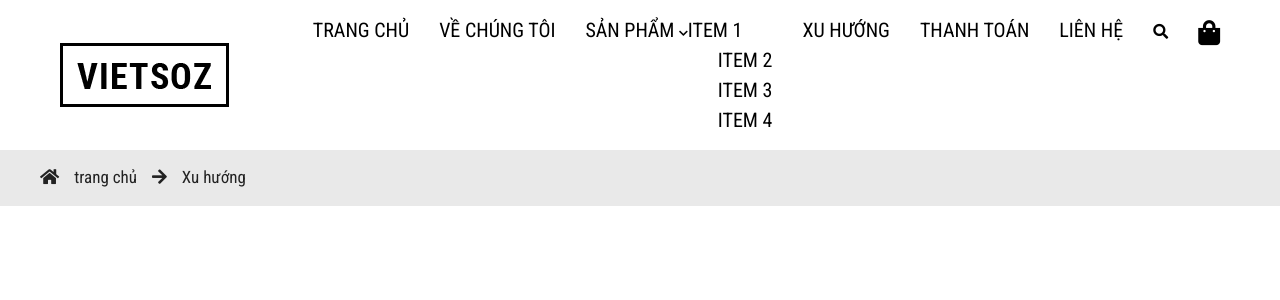
Repository: vinhtk0209/Vietsoz-reponsive
Page: index.html
The author's editor kept a copy of each file at every save. The page is drawn from the files as they stood at one save, then again after the next save.
The browser window is 1280 px wide. The pictures show the whole page.

Above is the page before, as saved 2021-10-23 17:07:06.

### index.html
<!DOCTYPE html>
<html lang="en">
  <head>
    <meta charset="UTF-8" />
    <meta http-equiv="X-UA-Compatible" content="IE=edge" />
    <meta name="viewport" content="width=device-width, initial-scale=1.0" />
    <link rel="stylesheet" href="assets/css/reset.css" />
    <link rel="stylesheet" href="assets/css/global.css" />
    <link rel="stylesheet" href="assets/css/main.css" />
    <link rel="stylesheet" href="assets/fontawesome/css/all.css" />
    <link rel="stylesheet" href="assets/css/reponsive.css">
    <link rel="preconnect" href="https://fonts.googleapis.com" />
    <link rel="preconnect" href="https://fonts.gstatic.com" crossorigin />
    <link
      href="https://fonts.googleapis.com/css2?family=Roboto:ital,wght@0,100;0,300;0,400;0,500;0,700;0,900;1,100;1,300;1,400;1,500;1,700;1,900&display=swap"
      rel="stylesheet"
    />
    <link rel="preconnect" href="https://fonts.googleapis.com" />
    <link rel="preconnect" href="https://fonts.gstatic.com" crossorigin />
    <link
      href="https://fonts.googleapis.com/css2?family=Roboto+Condensed:ital,wght@0,300;0,400;0,700;1,300;1,400;1,700&display=swap"
      rel="stylesheet"
    />
    <div id="fb-root"></div>
    <script
      async
      defer
      crossorigin="anonymous"
      src="https://connect.facebook.net/vi_VN/sdk.js#xfbml=1&version=v11.0"
      nonce="ecJjSUD8"
    ></script>
    <title>VIESOZ</title>
  </head>

  <body>
    <!-- wrapper starts -->
    <div class="wrapper">
      <!-- header starts -->
      <header class="header">
        <div class="container">
          <div
            class="wp-header-top d-flex align-i-center justify-content-between"
          >
            <div class="header-banner">
              <img src="assets/images/logo.png" alt="" />
            </div>
            <nav class="header-main-menu">
              <ul class="d-flex main-menu">
                <li><a href="">trang chủ</a></li>
                <li><a href="">về chúng tôi</a></li>
                <li class="product-have-menu">
                  <a href=""
                    >sản phẩm
                    <span class="arrow-down"
                      ><i class="fas fa-chevron-down"></i></span
                  ></a>

                </li>
                <ul class="sub-meu">
                  <li><a href="">Item 1</a></li>
                  <li><a href="">Item 2</a></li>
                  <li><a href="">Item 3</a></li>
                  <li><a href="">Item 4</a></li>
                </ul>
                <li><a href="">xu hướng</a></li>
                <li><a href="">thanh toán</a></li>
                <li><a href="">liên hệ</a></li>
                <li>
                  <a href=""
                    ><span class="search"><i class="fas fa-search"></i></span
                  ></a>
                </li>
                <li>
                  <a href="" class="shopping-cart"
                    ><span class="icon-cart"
                      ><i class="fas fa-shopping-bag"></i></span
                  ></a>
                </li>
              </ul>
            </nav>
          </div>
        </div>
        <div class="wp-head-extra-menu">
          <ul class="list-menu-header-extra d-flex container">
            <li>
              <a href="">
                <span class="home-icon">
                  <i class="fas fa-home"></i>
                </span>
              </a>
            </li>

            <li class="home-text">
              <a href="">trang chủ</a>
            </li>
            <li>
              <a href="">
                <span class="arrow-righ">
                  <i class="fas fa-arrow-right"></i>
                </span>
              </a>
            </li>
            <li class="trend">
              <a href="">Xu hướng</a>
            </li>
          </ul>
        </div>

      </header>
      <!-- header ends -->

      <!-- content starts -->
      <!-- wp-content starts -->


      <!-- wp-content ends -->

      <!-- sidebar starts -->


      <!-- sidebar ends -->

      <!-- content ends -->

    </div>
    <!-- wrapper ends -->
  </body>
</html>

### assets/css/reset.css
/*
 * Bootstrap Reboot v4.3.1 (https://getbootstrap.com/)
 * Copyright 2011-2019 The Bootstrap Authors
 * Copyright 2011-2019 Twitter, Inc.
 * Licensed under MIT (https://github.com/twbs/bootstrap/blob/master/LICENSE)
 * Forked from Normalize.css, licensed MIT (https://github.com/necolas/normalize.css/blob/master/LICENSE.md)
 */

*,
*::before,
*::after {
    box-sizing: border-box;
}

html {
    font-family: sans-serif;
    line-height: 1.15;
    -webkit-text-size-adjust: 100%;
    -webkit-tap-highlight-color: rgba(0, 0, 0, 0);
}

article,
aside,
figcaption,
figure,
footer,
header,
hgroup,
main,
nav,
section {
    display: block;
}

body {
    margin: 0;
    font-family: -apple-system, BlinkMacSystemFont, "Segoe UI", Roboto, "Helvetica Neue", Arial, "Noto Sans", sans-serif, "Apple Color Emoji", "Segoe UI Emoji", "Segoe UI Symbol", "Noto Color Emoji";
    font-size: 1rem;
    font-weight: 400;
    line-height: 1.5;
    color: #212529;
    text-align: left;
    background-color: #fff;
}

[tabindex="-1"]:focus {
    outline: 0 !important;
}

hr {
    box-sizing: content-box;
    height: 0;
    overflow: visible;
}

h1,
h2,
h3,
h4,
h5,
h6 {
    margin-top: 0;
    margin-bottom: 0.5rem;
}

p {
    margin-top: 0;
    margin-bottom: 1rem;
}

abbr[title],
abbr[data-original-title] {
    text-decoration: underline;
    -webkit-text-decoration: underline dotted;
    text-decoration: underline dotted;
    cursor: help;
    border-bottom: 0;
    -webkit-text-decoration-skip-ink: none;
    text-decoration-skip-ink: none;
}

address {
    margin-bottom: 1rem;
    font-style: normal;
    line-height: inherit;
}

ol,
ul,
dl {
    margin-top: 0;
    margin-bottom: 1rem;
}

ol ol,
ul ul,
ol ul,
ul ol {
    margin-bottom: 0;
}

dt {
    font-weight: 700;
}

dd {
    margin-bottom: .5rem;
    margin-left: 0;
}

blockquote {
    margin: 0 0 1rem;
}

b,
strong {
    font-weight: bolder;
}

small {
    font-size: 80%;
}

sub,
sup {
    position: relative;
    font-size: 75%;
    line-height: 0;
    vertical-align: baseline;
}

sub {
    bottom: -.25em;
}

sup {
    top: -.5em;
}

a {
    color: #007bff;
    text-decoration: none;
    background-color: transparent;
}

a:hover {
    color: #0056b3;
    text-decoration: underline;
}

a:not([href]):not([tabindex]) {
    color: inherit;
    text-decoration: none;
}

a:not([href]):not([tabindex]):hover,
a:not([href]):not([tabindex]):focus {
    color: inherit;
    text-decoration: none;
}

a:not([href]):not([tabindex]):focus {
    outline: 0;
}

pre,
code,
kbd,
samp {
    font-family: SFMono-Regular, Menlo, Monaco, Consolas, "Liberation Mono", "Courier New", monospace;
    font-size: 1em;
}

pre {
    margin-top: 0;
    margin-bottom: 1rem;
    overflow: auto;
}

figure {
    margin: 0 0 1rem;
}

img {
    vertical-align: middle;
    border-style: none;
}

svg {
    overflow: hidden;
    vertical-align: middle;
}

table {
    border-collapse: collapse;
}

caption {
    padding-top: 0.75rem;
    padding-bottom: 0.75rem;
    color: #6c757d;
    text-align: left;
    caption-side: bottom;
}

th {
    text-align: inherit;
}

label {
    display: inline-block;
    margin-bottom: 0.5rem;
}

button {
    border-radius: 0;
}

button:focus {
    outline: 1px dotted;
    outline: 5px auto -webkit-focus-ring-color;
}

input,
button,
select,
optgroup,
textarea {
    margin: 0;
    font-family: inherit;
    font-size: inherit;
    line-height: inherit;
}

button,
input {
    overflow: visible;
}

button,
select {
    text-transform: none;
}

select {
    word-wrap: normal;
}

button,
[type="button"],
[type="reset"],
[type="submit"] {
    -webkit-appearance: button;
}

button:not(:disabled),
[type="button"]:not(:disabled),
[type="reset"]:not(:disabled),
[type="submit"]:not(:disabled) {
    cursor: pointer;
}

button::-moz-focus-inner,
[type="button"]::-moz-focus-inner,
[type="reset"]::-moz-focus-inner,
[type="submit"]::-moz-focus-inner {
    padding: 0;
    border-style: none;
}

input[type="radio"],
input[type="checkbox"] {
    box-sizing: border-box;
    padding: 0;
}

input[type="date"],
input[type="time"],
input[type="datetime-local"],
input[type="month"] {
    -webkit-appearance: listbox;
}

textarea {
    overflow: auto;
    resize: vertical;
}

fieldset {
    min-width: 0;
    padding: 0;
    margin: 0;
    border: 0;
}

legend {
    display: block;
    width: 100%;
    max-width: 100%;
    padding: 0;
    margin-bottom: .5rem;
    font-size: 1.5rem;
    line-height: inherit;
    color: inherit;
    white-space: normal;
}

progress {
    vertical-align: baseline;
}

[type="number"]::-webkit-inner-spin-button,
[type="number"]::-webkit-outer-spin-button {
    height: auto;
}

[type="search"] {
    outline-offset: -2px;
    -webkit-appearance: none;
}

[type="search"]::-webkit-search-decoration {
    -webkit-appearance: none;
}

::-webkit-file-upload-button {
    font: inherit;
    -webkit-appearance: button;
}

output {
    display: inline-block;
}

summary {
    display: list-item;
    cursor: pointer;
}

template {
    display: none;
}

[hidden] {
    display: none !important;
}


/*# sourceMappingURL=bootstrap-reboot.css.map */

### assets/css/global.css
/* .text-center{
    text-align: center;
}
.text-left{
    text-align: left;
}
.text-right{
    text-align: right;
}
.float-left{
    float:left;

}
.float-right{
    float:right;
}
.container{
    width:1150px;
    margin:0px auto;


}
.flex-space{
    display:flex;
    justify-content:space-between;
}
.align-i-center{
    align-items: center;
}
.mg-top-30{
    margin-top: 30px;
}
.mg-top-22{
    margin-top: 22px;
}
.d-flex{
    display:flex;
}
.bg-black{

    background-color: #131619;
}
.pt-10{
    padding-top: 10px;
} */
.container {
    max-width: 1200px;

    margin: 0px auto;
    /* display:flex; */

}

.justify-content-between {
    justify-content: space-between;
}

.d-flex {
    display: flex;
}

.jus-between {
    justify-content: space-between;
}

.align-i-center {
    align-items: center;
}

.mg-bottom-80 {
    margin-bottom: 80px;
}

.fl-basics-30 {
    flex-basis: 30%;
}

.pd-top-40 {
    padding-top: 40px;
}
.pd-top-10{
    padding-top:10px;
}
.text-center {
    text-align: center;
}

### assets/css/main.css
* {
    margin: 0;
    padding: 0;
}

body {
    /* font-family: 'Roboto', sans-serif; */
    line-height: 1.5;
}

ul {
    list-style-type: none;
    margin-bottom: 0px;
}

p,
h1,
h2,
h4 {
    margin-bottom: 0px;
}

.header {
    font-family: 'Roboto Condensed', sans-serif;
    margin-bottom: 45px;
    padding:15px 0;
   position: relative;

}

.wp-header-top {
    width: 100%;
    /* display:flex; */
    /* min-height: 110px; */
    margin-bottom: 15px;
    padding:0 20px;
}

.header-main-menu ul li:not(:first-child) {
    padding-left: 30px;
}
.header-main-menu ul.sub-menu{
    display:flex;
    position: absolute;
    left: 0;
}
.header-main-menu ul li a {
    text-decoration: none;

    font-size: 20px;
    text-transform: uppercase;
    font-weight: 400;
    color: #000000;

}

.header-main-menu ul li a span.arrow-down {
    font-size: 10px;
}

.header-main-menu ul li a span.search {
    font-size: 15px;
}

.header-main-menu ul li a span.icon-cart {
    font-size: 25px;
}




.wp-head-extra-menu {
    background-color: #e9e9e9;
    min-height: 50px;
    padding:0 20px;
}

ul.list-menu-header-extra li:not(:first-child) {
    padding-left: 15px;
}

ul.list-menu-header-extra li {
    padding: 15px 0px;

}

ul.list-menu-header-extra {
    margin-bottom: 0px;
}

ul.list-menu-header-extra li a {
    text-decoration: none;
    font-size: 17px;
    color: #222222;
    font-weight: 400;
    box-sizing: border-box;
}


#content {
    font-family: 'Roboto', sans-serif;
}

.wp-content-news {
    max-width: 820px;

}

.wp-content-news ul.list-news li {
    display: flex;
    min-height: 227px;
    padding-bottom: 15px;
    border-bottom: 1px solid #a69e9e;
    margin-bottom: 20px;
    overflow: hidden;
}

.wp-content-news ul.list-news li:last-child {
    border: none;

}
.wp-content-news ul.list-news .image-news a{
    display:block;
    transition:transform 1s;

}
.wp-content-news ul.list-news .image-news a:hover{
    transform: scale(1.05);
}
.wp-content-news ul.list-news li .more-info a.title {
    padding-bottom: 15px;
    font-size: 24px;
    font-weight: 500;
    color: #333333;
    text-decoration: none;
}

.wp-content-news ul.list-news li .more-info p.date {
    font-size: 13px;
    color: #a69e9e;
    font-weight: 300;
}

.wp-content-news ul.list-news li .more-info p.content {
    padding-top: 25px;
    font-size: 14px;
    font-weight: 400;
    margin-bottom: 0px;
    color: #777777;

}

.wp-content-news ul.list-news li {
    font-weight: 400;
}

.wp-content-news ul.list-news li a {
    text-decoration: none;
}

.wp-content-news ul.list-news li .more-info {
    padding-left: 15px;

}

.wp-content-news .pages-num li:first-child {
    margin-right: 12px;
    font-size: 14px;
    text-transform: capitalize;

}

.wp-content-news .pages-num a {
    text-decoration: none;
}

.wp-content-news .pages-num li:not(:first-child) {
    margin-left: 7px;
    font-size: 13px;
    padding: 5px 12px;
    border: 1px solid #e9e9e9;
    transition: all 0.5s;

}

.wp-content-news .pages-num li:not(:first-child):hover {
    background-color: #272727;

}

.wp-content-news .pages-num li:not(:first-child):hover a {
    color: #ffffff;
}

.wp-content-news .pages-num li:not(:first-child) a {
    color: #0b0b0b;
}

.wp-content-list-caterory {
    /* padding-left: 90px; */
    font-weight: bold;
    max-width: 310px;
}

.wp-content-list-caterory .box-caterory {
    margin-bottom: 50px;
}

.wp-content-list-caterory .box-caterory .box-title {
    padding-top: 20px;
    padding-bottom: 20px;
    padding-left: 25px;
    background-color: #283943;
    color: #ffffff;


}

.wp-content-list-caterory .box-caterory .box-title h3 {
    margin-bottom: 0;
    font-size: 21px;

    text-transform: uppercase;

}

.wp-content-list-caterory .box-caterory .box-body ul {
    padding-left: 25px;
    padding-top: 20px;
    padding-bottom: 20px;
    padding-right: 15px;
    border: 1px solid #a69e9e;

}

.wp-content-list-caterory .box-caterory .box-body ul li {
    border-bottom: 1px solid #a69e9e;
    padding-bottom: 10px;


}

.box-caterory .box-body ul li:not(:first-child) {
    margin-top: 10px;

}

.box-caterory .box-body ul li a span.arrow-right {
    float: right;

}

.wp-content-list-caterory .box-caterory .box-body ul li a {
    text-decoration: none;
    color: #333333;
    text-transform: uppercase;
    font-size: 14px;
    transition: all 0.5s;
}

.box-caterory .box-body ul li:hover a {
    color: #d5be00;
}

.box-caterory .box-body ul li:hover {
    border-bottom: 1px solid #d5be00;
}

.box-banner {
    margin-bottom: 45px;
}


.list-product {
    border: 1px solid #a69e9e;

}

.list-product ul li {
    display: flex;
}

.list-product ul li a.title {
    font-size: 14px;
    text-decoration: none;
}

.wp-content-list-caterory .box-product {
    font-weight: 500;
}

.wp-content-list-caterory .box-product .box-title {
    padding-top: 20px;
    padding-bottom: 20px;
    padding-left: 25px;
    background-color: #283943;
    color: #ffffff;
    text-transform: uppercase;
}

.box-product {}

.box-product .box-body ul {
    padding: 10px 15px;
}

.box-product .box-body ul li {
    border-bottom: 1px solid #a69e9e;
    padding-bottom: 20px;
    margin-bottom: 10px;
}

.box-product .box-body ul li:last-child {
    border: none;
}

.box-product .box-body .image-product {
    margin-right: 10px;
}

.box-product .box-body .info-product a.title {
    color: #272727;
    font-size: 14px;
    padding-bottom: 15px;
    display: block;
}

.box-product .box-body .info-product p {
    padding-bottom: 4px;
    display: block;
}

.box-product .box-body .info-product p.price:not(span.discount) {
    font-size: 15px;
    color: #d40707;
    padding-right: 8px;
}

.box-product .box-body .info-product span.discount {
    font-size: 12px;
    color: #909090;
}

.box-product .box-body .info-product a.details {
    font-size: 13px;
    color: #00708c;
    text-decoration: underline;
    /* margin:0; */
}

.box-product .box-body .info-product span.buy-arrow-right {
    padding-left: 2px;
}

.footer {
    background-color: #1b1b1b;
    min-height: 410px;
    padding-top: 70px;
    color: #ffffff;
    font-size: 16px;
    font-weight: 300;
}

.footer a {
    text-decoration: none;
    color: #ffffff;
}
.footer h3{
    font-size: 28px;
    text-transform: uppercase;
}
.footer ul {
    list-style: circle;
}
.footer ul.footer-caterory li:not(:first-child){
    padding-top:15px;

}
.footer ul.footer-seller li:not(:first-child){
    padding-top:15px;
}
.footer .footer-facebook{
    padding-top:90px;
}
.copyright{
    min-height: 50px;
    background-color:#ffffff;
}

/* .footer .box-body ul.footer-caterory{
    list-style:  circle;
}


} */

Loaded but not shown: assets/fontawesome/css/all.css (library); assets/css/reponsive.css (no copy from this time; the picture is the same without it)

After the next save:
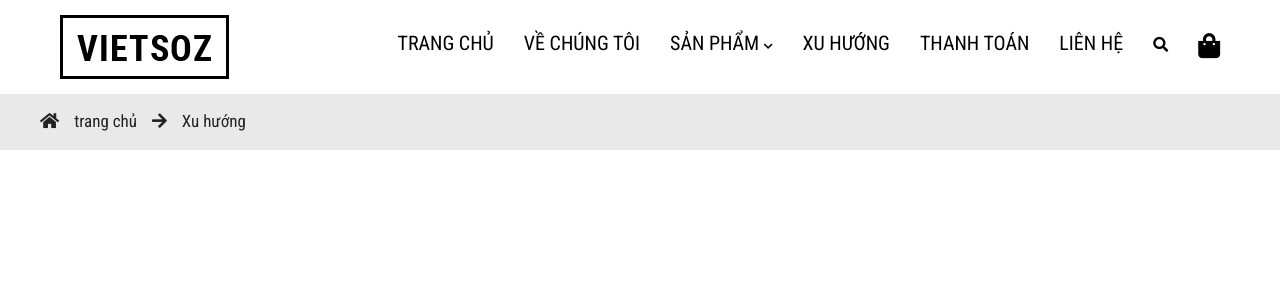
Saved 24 s later.
--- a/index.html
+++ b/index.html
@@ -56,12 +56,7 @@
                   ></a>
 
                 </li>
-                <ul class="sub-meu">
-                  <li><a href="">Item 1</a></li>
-                  <li><a href="">Item 2</a></li>
-                  <li><a href="">Item 3</a></li>
-                  <li><a href="">Item 4</a></li>
-                </ul>
+
                 <li><a href="">xu hướng</a></li>
                 <li><a href="">thanh toán</a></li>
                 <li><a href="">liên hệ</a></li>
